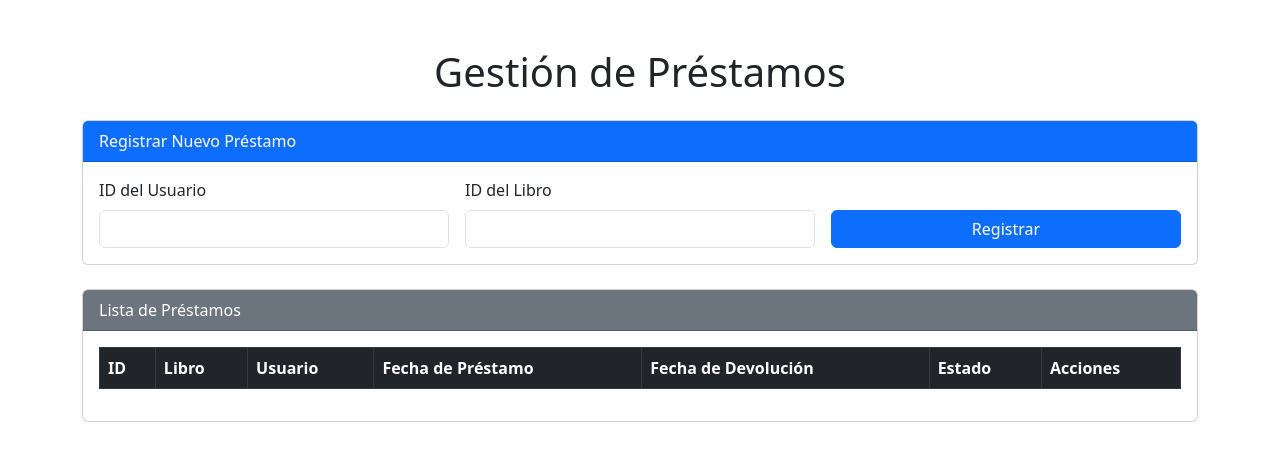
Repository: maycky02/Bibloteca_integrador
Page: http://localhost/admin/prestamos
An editor plug-in stored every save of this project. The page is shown before and after the next save, followed by the edit.
The browser window is 1280 px wide. The pictures show the whole page.
The page is this project's Thymeleaf template; nobody is signed in. The template is opened directly, without the code that normally fills it, so the values that code supplies are empty.

Above is the page before, as saved 2024-11-30 05:31:47.

After the next save:
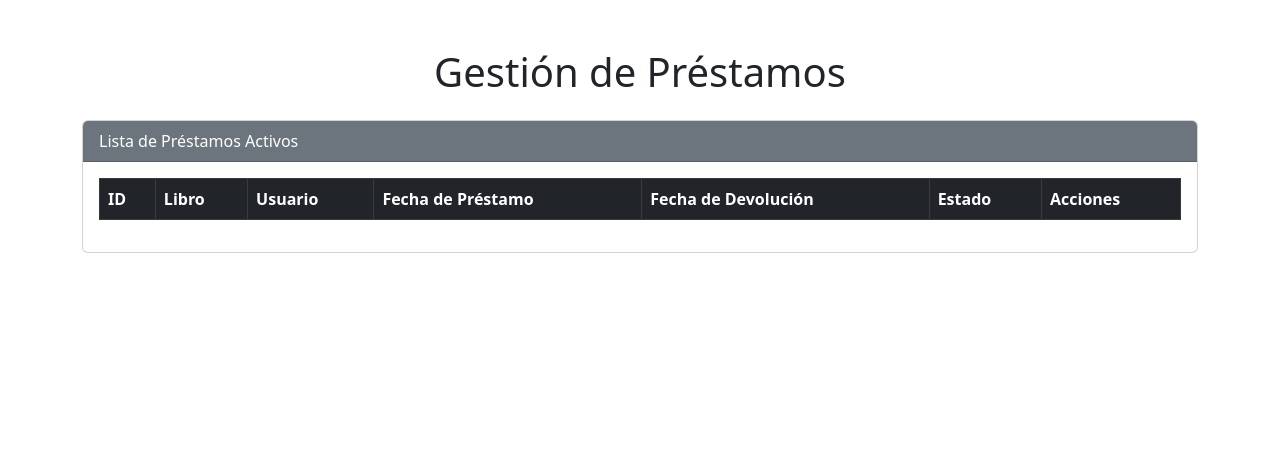
Saved 8 min 35 s later.
--- a/Bibloteca/src/main/resources/templates/admin/prestamos.html
+++ b/Bibloteca/src/main/resources/templates/admin/prestamos.html
@@ -10,34 +10,10 @@
     <div class="container mt-5">
         <h1 class="text-center mb-4">Gestión de Préstamos</h1>
 
-        <!-- Formulario para registrar un préstamo -->
-        <div class="card mb-4">
-            <div class="card-header bg-primary text-white">
-                Registrar Nuevo Préstamo
-            </div>
-            <div class="card-body">
-                <form action="/admin/prestamos/registrar" method="post">
-                    <div class="row g-3">
-                        <div class="col-md-4">
-                            <label for="usuarioId" class="form-label">ID del Usuario</label>
-                            <input type="text" id="usuarioId" name="usuarioId" class="form-control" required>
-                        </div>
-                        <div class="col-md-4">
-                            <label for="libroId" class="form-label">ID del Libro</label>
-                            <input type="text" id="libroId" name="libroId" class="form-control" required>
-                        </div>
-                        <div class="col-md-4 d-flex align-items-end">
-                            <button type="submit" class="btn btn-primary w-100">Registrar</button>
-                        </div>
-                    </div>
-                </form>
-            </div>
-        </div>
-
         <!-- Tabla de préstamos -->
         <div class="card">
             <div class="card-header bg-secondary text-white">
-                Lista de Préstamos
+                Lista de Préstamos Activos
             </div>
             <div class="card-body">
                 <table class="table table-bordered table-hover">
